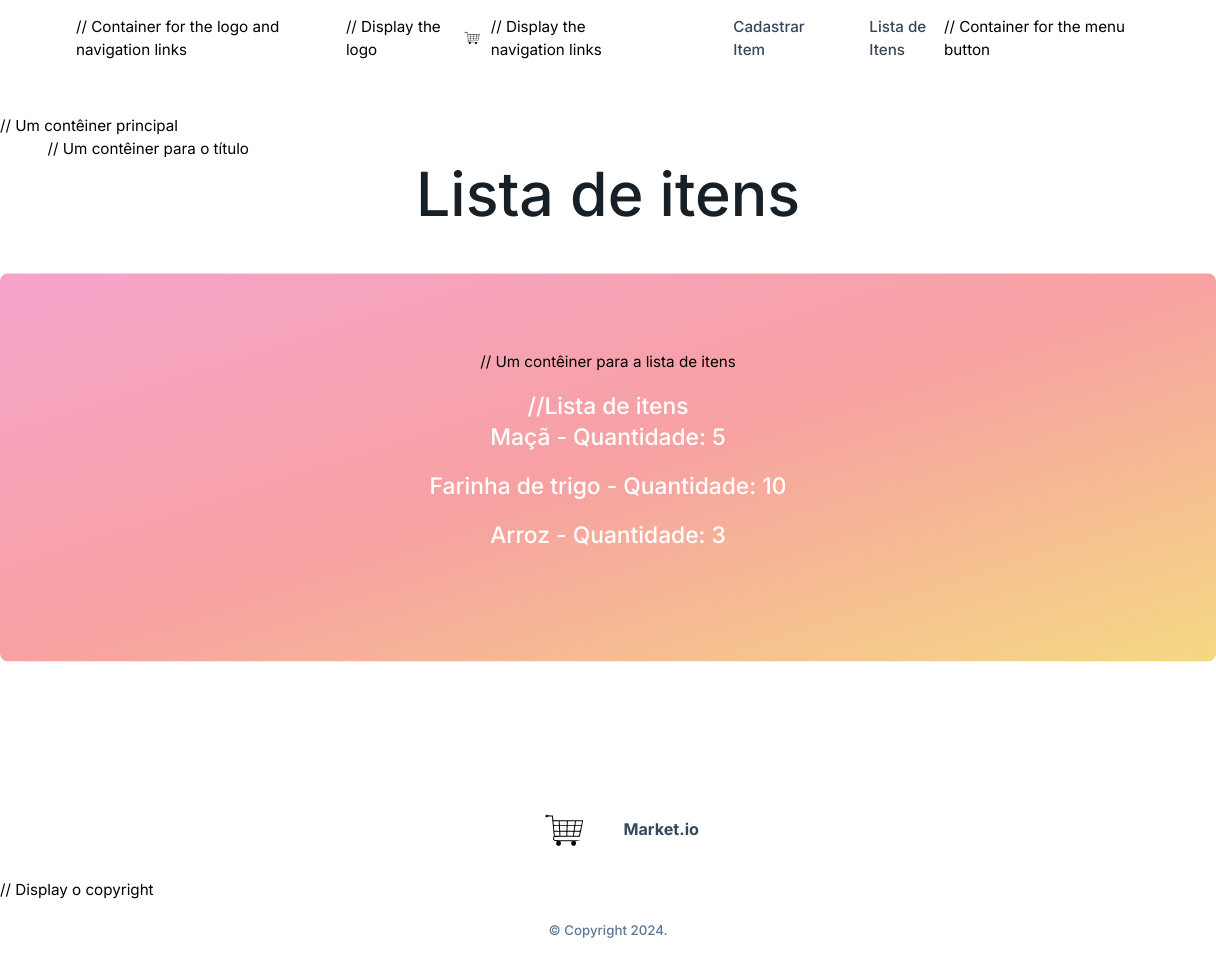
Repository: saraalves09/Avaliacao-01
Page: /list
These files come from the project's save history. The page is drawn as it stood at one moment and after the next save; the edit follows.
The browser window is 1280 px wide. The pictures show the whole page, at 95% of full size.
The project was rebuilt for these pictures with package versions that can differ from the ones it lists, and the page was loaded fresh each time. The framework's server and built-in components were replaced by stand-ins that run in the browser. Also part of the build but not shown: next.config.mjs.

Above is the page before, as saved 2024-04-24 14:08:25.

After the next save:
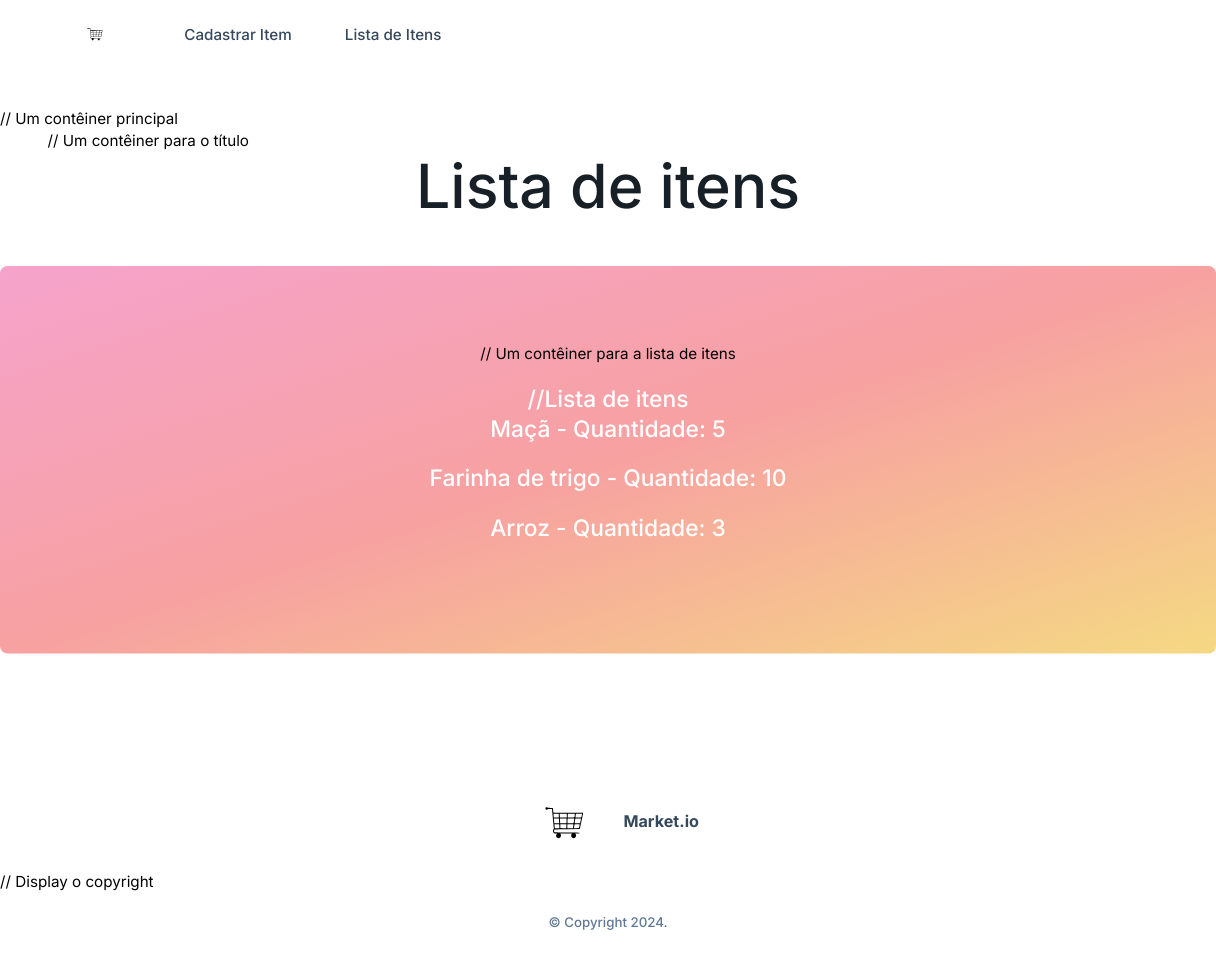
Saved 99 s later.
--- a/app/components/Navbar.tsx
+++ b/app/components/Navbar.tsx
@@ -1,39 +1,32 @@
-// Import the necessary dependencies
+// Importa as dependências necessárias
 import Image from "next/image";
 import Logo from "../../public/assets/Logo.svg";
 import Menu from "../../public/assets/Menu.svg";
-import Link from 'next/link';
+import Link from 'next/link'; // Para criar links entre páginas no Next.js
 
-// Define links de navegação
+// Define os links de navegação
 const navLinks = [
-  { name: "Cadastrar Item", path: '/' },
-  { name: "Lista de Itens", path: '/list/' },
+  { name: "Cadastrar Item", path: '/' }, // Link para a página principal
+  { name: "Lista de Itens", path: '/list/' }, // Link para a página de lista de itens
 ];
 
-// Define Navbar
+// Define o componente Navbar
 export function Navbar() {
   //JSX
   return (
     <nav className="flex w-full items-center justify-between px-[20px] py-[16px] lg:container lg:mx-auto lg:px-20">
-      // Container for the logo and navigation links
       <div className="flex items-center">
-        // Display the logo
         <Image src={Logo} alt="Logo" className="w-10 h-auto" />
-
-        // Display the navigation links
         <div className="hidden lg:flex pl-[74px] gap-x-[56px]">
-          {
-            // Mapeia os links de navegação e renderiza um componente para cada
-            navLinks.map((link, index) => (
-              <Link href={link.path} key={index}>
-                <p className="text-[#36485C] font-medium">{link.name}</p>
-              </Link>
-            ))
-          }
+          {navLinks.map((link, index) => (
+            <Link href={link.path} key={index}>
+              <p className="text-[#36485C] font-medium">{link.name}</p>
+            </Link>
+          ))}
         </div>
       </div>
 
-      // Container for the menu button
+      {/* Container para o botão de menu */}
       <div className="flex gap-x-5">
         <Image src={Menu} alt="Menu Button" className="lg:hidden" />
       </div>
